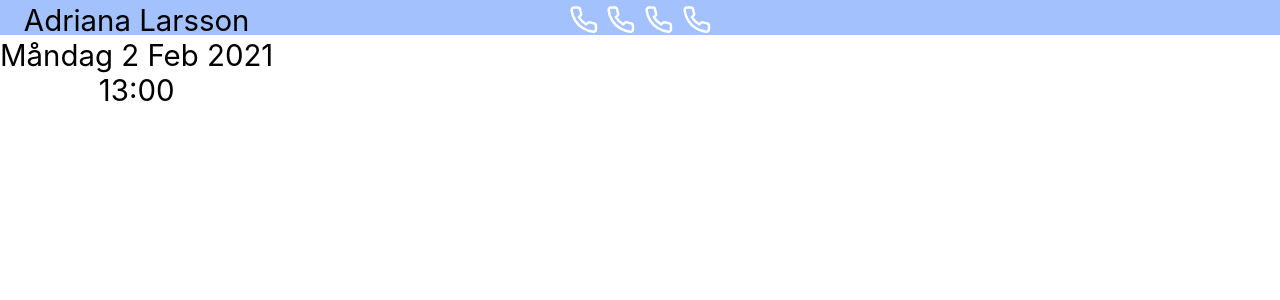
Repository: AdrianaLarsson/learning-react-adriana
Page: /
These files come from the project's save history. The page is drawn as it stood at one moment and after a run of saves; the edit follows.
The browser window is 1280 px wide. The pictures show the whole page.
The project was rebuilt for these pictures with package versions that can differ from the ones it lists, and the page was loaded fresh each time. Also part of the build but not shown: src/components/pixiLearn/pixi-learning.js, src/components/pixiLearn/reactTimline/timelinegant.js.

Above is the page before, as saved 2021-02-17 13:28:20.

After the next 3 saves:
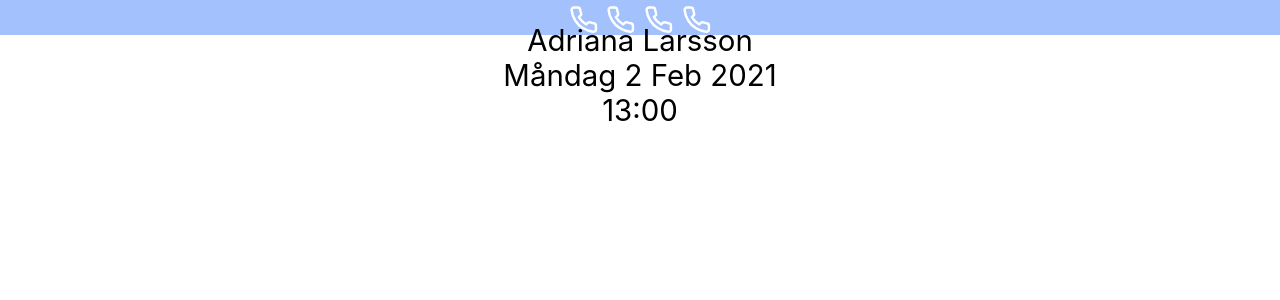
The 3 saves are shown as one change because they came seconds apart.
The last was saved 8 s later.
--- a/src/App.css
+++ b/src/App.css
@@ -21,8 +21,8 @@
   align-items: center;
   font-size: calc(15px + 2vmin);
   color: rgb(0, 0, 0);
+    display: inline-flex;
     flex-direction: row;
-    display:flex;
 
 
 }
